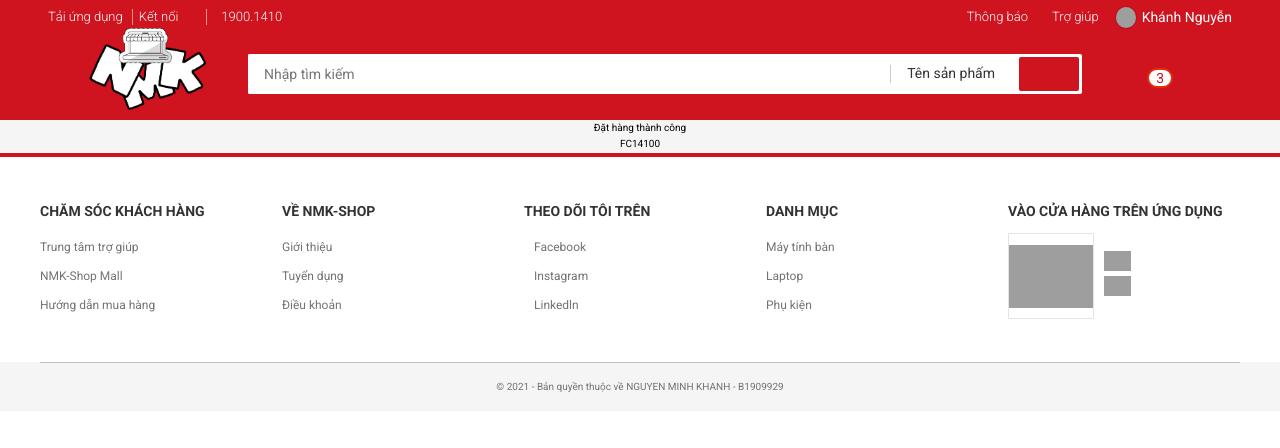
Repository: NguyenMinhKhanhB1909929/NMK-Shop
Page: orderedSuccess.html
These files come from the project's save history. The page is drawn as it stood at one moment and after the next save; the edit follows.
The browser window is 1280 px wide. The pictures show the whole page.
Pictures or frames that could not be fetched are drawn as grey boxes. Some icons come from a web library that is not loaded, so they are not drawn.

Above is the page before, as saved 2021-12-04 15:44:51.
Console error: TypeError: Cannot set properties of null (setting 'onclick')

After the next save:
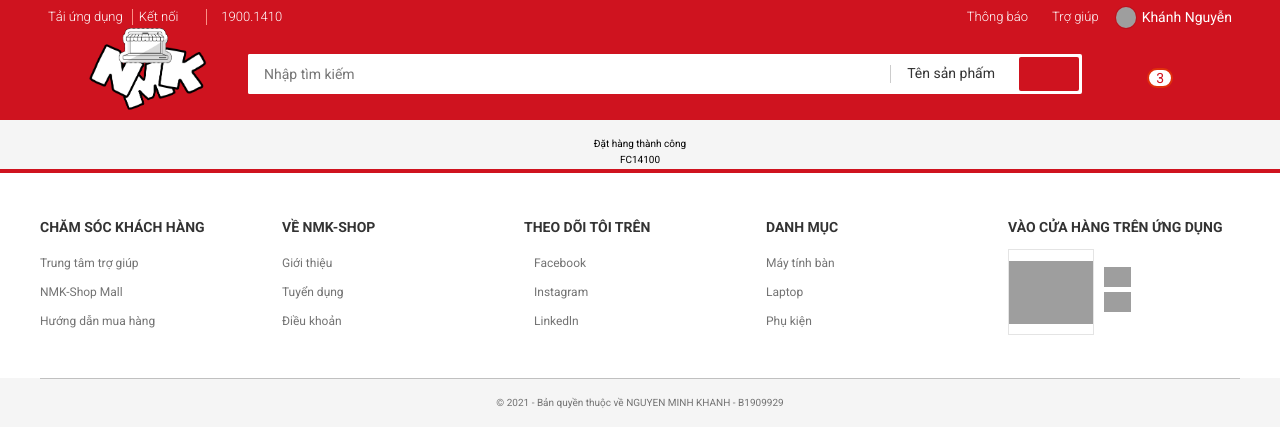
Saved 34 s later.
--- a/assets/css/orderSuccess.css
+++ b/assets/css/orderSuccess.css
@@ -2,6 +2,8 @@
   text-align: center;
 }
 .ordered__success-icon-wrap {
+  display: inline-block;
+  color: #53a16b;
 }
 .ordered__success-icon {
   font-size: 8rem;
